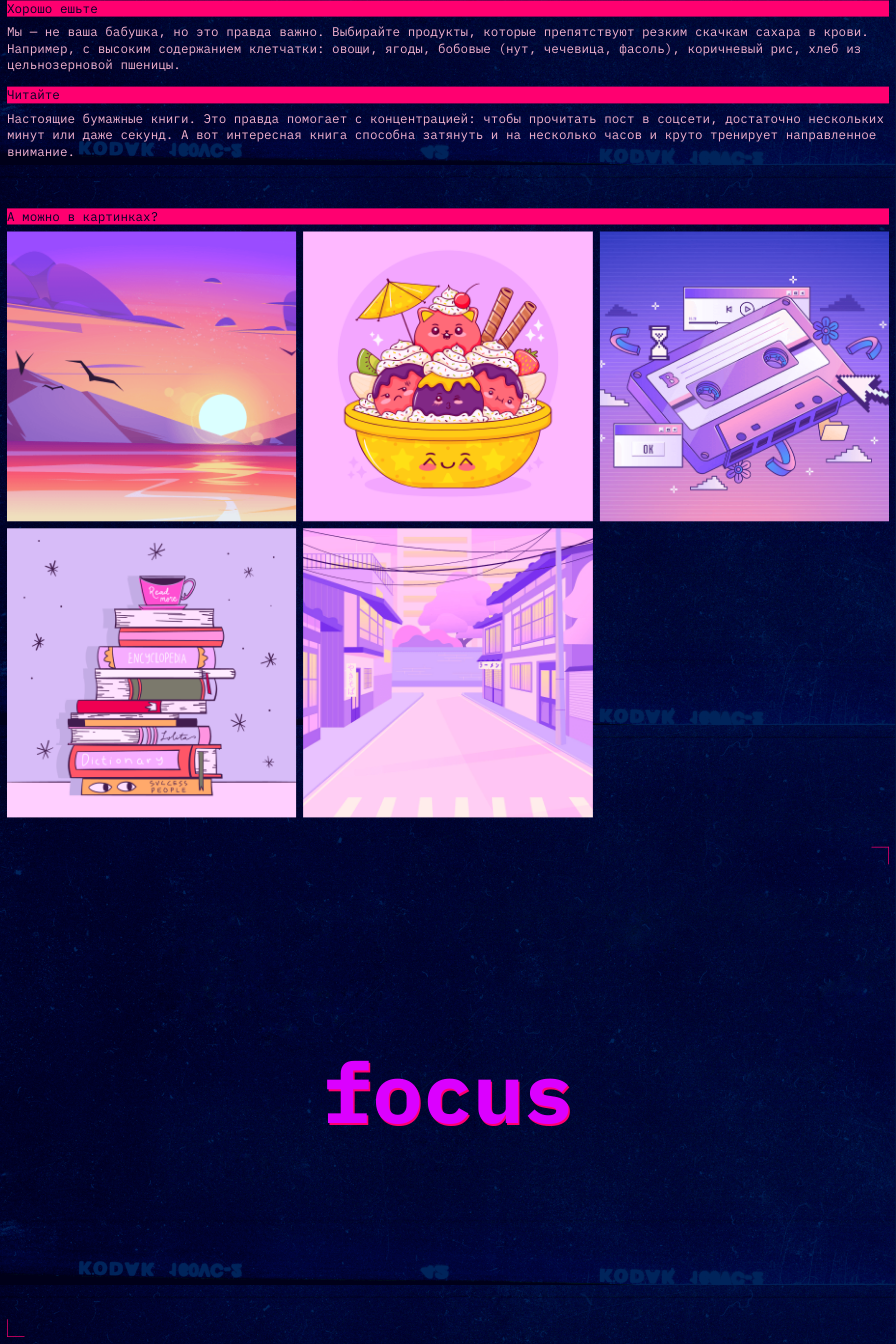
Repository: NikWolf75/slozhno-sosredotochitsya-fd
Page: index.html
These files come from the project's save history. The page is drawn as it stood at one moment and after the next save; the edit follows.
The browser window is 1280 px wide. The pictures show the part of the page from y = 2164 to 4084 px (the page is 4084 px tall before and 4052 px after), at 70% of full size.
Backgrounds fixed to the window are drawn as part of the page.

Above is the page before, as saved 2025-02-27 12:14:10.

### index.html
<!DOCTYPE html>
<html lang="ru">
  <head>
    <meta charset="UTF-8" />
    <meta http-equiv="X-UA-Compatible" content="IE=edge" />
    <meta name="viewport" content="width=device-width, initial-scale=1.0" />
    <meta name="color-scheme" content="dark light" />
    <link rel="stylesheet" href="/fonts/fonts.css" />
    <link rel="stylesheet" href="/styles/globals.css" />
    <link rel="stylesheet" href="/styles/variables.css" />
    <link rel="stylesheet" href="/styles/style.css" />
    <link rel="stylesheet" href="/styles/dark.css" />
    <link rel="stylesheet" href="/styles/light.css" />
    <link rel="icon" href="image/favicon.ico" />
    <title>Сложно сосредоточиться</title>
    <script src="./scripts/script.js"></script>
  </head>
  <body class="page">
    <div class="rec_element" aria-hidden="true"></div>
    <header class="header decorated-zone">
      <nav class="header__theme-menu">
        <ul class="header__theme-menu-list">
          <li class="header__theme-menu-item">
            <button
              class="header__theme-menu-button header__theme-menu-button_type_light"
            >
              День
            </button>
          </li>
          <li class="header__theme-menu-item">
            <button
              class="header__theme-menu-button header__theme-menu-button_active header__theme-menu-button_type_auto"
              disabled
            >
              Авто
            </button>
          </li>
          <li class="header__theme-menu-item">
            <button
              class="header__theme-menu-button header__theme-menu-button_type_dark"
            >
              Неон
            </button>
          </li>
        </ul>
      </nav>
      <h1 class="header__title">no focus</h1>
      <div class="header__undertitle title-decor">
        <p>Что делать, когда не можешь делать ничего</p>
        <p>
          Или почему нам так сложно сконцентрироваться, особенно когда очень
          надо
        </p>
      </div>
    </header>
    <main class="content">
      <section class="content__section content__why">
        <h2 class="content__section-title"> Почему сосредоточиться так сложно
        </h2>
        <article class="content__section-text_block">
          <h3 class="content__section-text_block-undertitle title-decor">
            Многозадачность
          </h3>
          <p class="content__section-text_block-text">
            Особенно сложно сосредоточиться, когда задач много и все они —
            важные. Где же легендарная многозадачность, когда она так нужна вам
            (и всем нанимающим менеджерам этого мира)? А дело в том, что её
            просто не существует. Исследователи
            <a class="link-text" href="#0">выяснили</a>,
            что мозгу тяжело концентрироваться даже на двух делах одновременно.
            А когда в поле внимания попадает несколько важных задач, организм
            паникует и выделяет кортизол и адреналин — «гормоны стресса».
            Из-за этого мы работаем невнимательно: ошибаемся и быстро устаём.
          </p>
        </article>
        <article class="content__section-text_block">
          <h3 class="content__section-text_block-undertitle title-decor">
            Дофамин
          </h3>
          <p class="content__section-text_block-text">
            С гормонами стресса всё понятно, но дальше — ещё интереснее. В нашей
            невозможности сосредоточиться замешана и полная противоположность
            стрессу — дофамин. Это вещество участвует в системе вознаграждения
            мозга. Причём тут он? Мы часто отвлекаемся от важной задачи на
            что-то более «приятное» для мозгов. Например, смотрим лайки в
            соцсетях. В это время и выделяется дофамин — и мы чувствуем
            удовольствие. Получается замкнутый круг: чем больше отвлекаешься,
            тем больше удовольствия получаешь.
          </p>
        </article>
      </section>
      <section class="content__section content__what">
        <h2 class="content__section-title">
          Что снижает концентрацию внимания?
        </h2>
        <article class="content__section-text_block">
          <h3 class="content__section-text_block-undertitle title-decor">
            Многозадачность
          </h3>
          <p class="content__section-item-text">
            Как концентрация может снижаться из-за… концентрации? Любая
            стрессовая ситуация (и резко меняющийся мир в целом) заставляет наш
            мозг постоянно «сканировать» окружающую среду на предмет опасности.
            Например, читать новости вместо работы. Но быть собранными всё время
            — невозможно. Концентрация — мышца, и она может не выдержать, если
            не давать ей отдохнуть.
          </p>
        </article>
        <article class="content__section-text_block">
          <h3 class="content__section-text_block-undertitle title-decor">
            Еда
          </h3>
          <p class="content__section-text_block-text">
            «Быстрые углеводы» — сахар, белый хлеб, сладости — молниеносно
            доставляют в мозг энергию и помогают ему лучше работать. Но уходит
            эта энергия также быстро, как и приходит. А мы в результате попадаем
            на «углеводные качели»: как только действие «быстрых углеводов»
            заканчивается, мы чувствуем усталость и сонливость. И хотим ещё
            больше быстрых углеводов.
          </p>
        </article>
        <article class="content__section-text_block">
          <h3 class="content__section-text_block-undertitle title-decor">
            Гаджеты
          </h3>
          <p class="content__section-text_block-text">
            Да-да, это та самая ситуация, когда на экране ноутбука — код, в
            наушниках — подкаст, а на компьютере фоном — ещё и видео с забавными
            утятами. В результате мозг пытается переключиться с одной задачи на
            другую — и просто не может. А чтобы вернуться к состоянию полной
            концентрации, человеку в среднем нужно 20 минут. Вот и получается,
            что чем больше времени мы проводим в гаджетах, тем больше времени
            затем нужно, чтобы вернуться к работе.
          </p>
        </article>
      </section>
      <section class="content__section content_how">
        <h2 class="content__section-title">
          Как концентрироваться лучше, чем золотая рыбка (то есть дольше трёх
          секунд)
        </h2>
        <article class="content__section-text_block">
          <h3
            class="content__section-text_block-undertitle tips-undertitle title-decor"
          >
            5 простых (на самом деле не очень) советов
          </h3>
          <h4 class="content__section-text_block-undertitle title-decor">
            Представьте небо и облака
          </h4>
          <p class="content__section-text_block-text">
            Или листья в ручье. Тут дело в лёгкой медитации, которая помогает
            успокоиться. Ведь часто именно тревожные мысли о сложных задачах как
            раз и мешают эти сложные задачи делать. В такие моменты можно
            закрыть глаза и представить, что чистое небо — это вы, а облака —
            тревожные мысли. И сколько бы их ни было — ясное небо всегда будет
            где-то там, за тучами, и никуда не денется. Это упражнение поможет
            вернуться в настоящий момент, а не волноваться о потенциальных
            проблемах из будущего.
          </p>
        </article>
        <article class="content__section-text_block">
          <h4 class="content__section-text_block-undertitle title-decor">
            Включите музыку
          </h4>
          <p class="content__section-text_block-text">
            Но не любую, и не любимую. Любимая может быть связана с сильными
            положительными эмоциями, которые тоже очень сильно отвлекают.
            Подойдёт тихая, спокойная, умеренно-ритмичная. Можно вообще
            попробовать включить плейлист с «белым шумом» или нейромузыкой.
          </p>
        </article>
        <article class="content__section-text_block">
          <h4 class="content__section-text_block-undertitle title-decor">
            Прогуляйтесь
          </h4>
          <p class="content__section-text_block-text">
            Или даже пробегитесь. Лучше найти парк или лес: один эксперимент
            <a class="link-text" href="#0">показал</a>, что созерцание природы повышает концентрацию, в то время
            как после просмотра городских пейзажей она наоборот понижается.
            Можно совместить прогулку с физическими упражнениями или бегом — так
            в мозг поступит ещё больше кислорода и он будет лучше работать. Но и
            простая двадцатиминутная прогулка — тоже отличный вариант.
          </p>
        </article>
        <article class="content__section-text_block">
          <h4 class="content__section-text_block-undertitle title-decor">
            Хорошо ешьте
          </h4>
          <p class="content__section-text_block-text">
            Мы — не ваша бабушка, но это правда важно. Выбирайте продукты,
            которые препятствуют резким скачкам сахара в крови. Например, с
            высоким содержанием клетчатки: овощи, ягоды, бобовые (нут, чечевица,
            фасоль), коричневый рис, хлеб из цельнозерновой пшеницы.
          </p>
        </article>
        <article class="content__section-text_block">
          <h4 class="content__section-text_block-undertitle title-decor">
            Читайте
          </h4>
          <p class="content__section-text_block-text">
            Настоящие бумажные книги. Это правда помогает с концентрацией: чтобы
            прочитать пост в соцсети, достаточно нескольких минут или даже
            секунд. А вот интересная книга способна затянуть и на несколько
            часов и круто тренирует направленное внимание.
          </p>
        </article>
      </section>
      <section class="content__section content__gallery">
        <h2 class="content__section-text_block-undertitle title-decor">
          А можно в картинках?
        </h2>
        <div class="content__section-images_gallery">
          <img
            class="content__section-image"
            src="./images/sunset.png"
            alt="Вид острова на закате"
            loading="lazy"
          />
          <img
            class="content__section-image"
            src="./images/ice-cream.png"
            alt="Чаша с мороженным"
            loading="lazy"
          />
          <img
            class="content__section-image"
            src="./images/tape.png"
            alt="Кассета"
            loading="lazy"
          />
          <img
            class="content__section-image"
            src="./images/books.png"
            alt="Стопка книг"
            loading="lazy"
          />
          <img
            class="content__section-image"
            src="./images/street.png"
            alt="Улица"
            loading="lazy"
          />
        </div>
      </section>
    </main>
    <footer class="footer decorated-zone">
      <h2 class="footer__title">focus</h2>
    </footer>
  </body>
</html>

### styles/variables.css
:root {
  --title-color: #ff0070;
  --main-font: 'IBM Plex mono';
  --main-font-size: 18px;
  --title-font-weight: 700;
  --text-font-weight: 400;
  --main-padding-small: 10px;
}

### styles/style.css
.page {
  font-family: var(--main-font, 'IBM Plex mono');
  font-size: var(--main-font-size, 18px);
  block-size: min-content;
  position: relative;
  font-weight: 400;
  background-color: var(--main-background-color, #000028 );
  background-image: var(--main-background-image, url("../images/cover-image-dark.png"));
  background-repeat: no-repeat;
  background-attachment: fixed;
  background-position: center;
  background-size: cover;
  line-height: 1.3em;
  color: var(--main-font-color, #F1B2CE);
 }

.decorated-zone {
  position: relative;
}

.decorated-zone::after,
.decorated-zone::before {
  position: absolute;
  inline-size: 25px;
  block-size: 25px;
  content: "";
  border: 1px solid var(--corner-color);
}

.decorated-zone::after {
  bottom: 10px;
  left: 10px;
  border-bottom: 1px solid var(--rectangle-color, #ff0070);
  border-left: 1px solid var(--rectangle-color, #ff0070);
}

.decorated-zone::before {
  top: 10px;
  right: 10px;
  border-top: 1px solid var(--rectangle-color, #ff0070);
  border-right: 1px solid var(--rectangle-color, #ff0070);
}

.rec_element {
  position: absolute;
  display: flex;
  align-items: center;
  justify-content: center;
  top: 10px;
  right: 20px;
  color: var(--rec-theme-color, #ff0070);
  gap: 10px;
}

.rec_element:before {
  content: "REC";
}

.rec_element:after {
  display: block;
  content: "";
  border-radius: 50%;
  background: var(--accent-color, #ff0070);
  width: 10px;
  height: 10px;
  box-shadow: 0 0 4px 2px var(--accent-color, #ff0070)
}

.header {
  display: grid;
  grid-template-columns: 1fr;
  grid-template-rows: 1fr min-content 1fr;
  align-items: center;
  position: relative;
  block-size: min(668px, 100vh);
  padding: var(--main-padding-small, 10px);
  margin-block-end: 40px;
 }

.header__theme-menu-list {
  display: flex;
  flex-direction: column;
  align-items: end;
  block-size: 100%;
  row-gap: 10px;
}

.header__theme-menu-button {
  text-align: center;
  background: transparent;
  color: var(--button-text-color);
  border: none;
  text-transform: lowercase;
  padding-right: 13px;
  padding-left: 13px;
}

.header__theme-menu-bitton:hover {
  outline: 1px solid var(--button-outline-color)
}

.header__theme-menu-button_active {
  outline: 1px solid var(--button-theme-color, #ff0070);
}

.header__theme-menu-button:focus {
  outline: none;
  text-decoration: underline;
}

.header__title {
  font-size: clamp(7.25rem, 7.0115rem + 1.0178vw, 7.5rem);
  line-height: 83%;
  color: var(--accent-color-title, #db00ff);
  text-shadow: 4px 4px 0 var(--accent-color, #ff0070);
  cursor: default;
}

.header__undertitle {
  font-size: var(--main-font), monospace;
  font-weight: var(--title-font-weight, 700);
  border-bottom: none;
  border-left: none;
}

.title-decor {
  color: var(--undertitle-color, #000028);
  background-color: var(--title-color, #ff0070);
}

.content {
  display: grid;
  padding: 0 var(--main-padding-small, 10px);
  grid-template-columns: 1fr;
  gap: 50px;
}

.content__section {
  display: grid;
  grid-template-columns: 1fr;
  row-gap: 20px;
}

.content__section-title {
  justify-self: start;
  color: var(--title-color, #ff0070);
}

.content__section-text_block-undertitle,
.content__section-title {
  font-size: var(--main-font-size, 18px);
  font-weight: var(--title-font-weight, 700);
}

.content__section-text_block-undertitle {
  margin-block-end: 10px;
  height: min-content;
}

.content__section-text_block-text {
  font-weight: var(--text-font-weight, 400);
}

.link-text {
  text-decoration: none;
  text-shadow: 2px 1px var(--accent-color, #ff0070);
}

.link-text:hover {
  cursor: pointer;
  border-block-end: 1px solid currentColor;
}

.link-text:focus-visible {
  border: 1px solid currentColor;
}

.content_how,
.tips-undertitle {
  font-weight: var(--title-font-weight, 400);
  margin-block-end: 20px;
}

.content__how,
.content__section-text_block-undertitle {
  font-weight: 400;
}

.content__gallery {
  gap: 0;
}

.content__section-images_gallery {
  display: grid;
  grid-template-columns: repeat(auto-fill, minmax(355px, 1fr));
  gap: 10px;
  inline-size: 100%;
}

.content__section-image {
  inline-size: 100%;
  object-fit: cover;
  block-size: 100%;
}

.footer {
  position: relative;
  display: grid;
  block-size: 100vh;
  min-block-size: 668px;
  grid-template-columns: 1fr;
  margin-block-start: 32px;
}

.footer__title {
  font-size: var(--title-font-size-small, clamp(7.25rem, 7.0115rem + 1.0178vw, 7.5rem));
  font-weight: var(--title-font-weight, 700);
  line-height: 95.7%;
  align-self: center;
  cursor: default;
  color: var(--accent-color-title, #db00ff);
  text-shadow: 2px 2px 0 var(--accent-color, #ff0070);
  justify-self: center;

}

### scripts/script.js
(function initTheme() {
  const theme = localStorage.getItem('theme');
  if (theme) {
    setTheme(theme);
  }
})();

document.addEventListener('DOMContentLoaded', () => {
  const currentTheme = [...document.documentElement.classList]
    .find((cn) => cn.startsWith('theme-'))
    ?.replace('theme-', '');
  const themeButtons = [
    ...document.querySelectorAll('.header__theme-menu-button'),
  ];
  setActiveButton(themeButtons, currentTheme);

  themeButtons.forEach((button) => {
    button.addEventListener('click', () => {
      const chosenTheme = [...button.classList]
        .find((cn) => cn.includes('_type_'))
        .split('_type_')[1];
      setTheme(chosenTheme);
      setActiveButton(themeButtons, chosenTheme);
    });
  });
});

function setTheme(theme) {
  document.documentElement.className = '';
  document.documentElement.classList.add(`theme-${theme}`);
  localStorage.setItem('theme', theme);
}

function setActiveButton(buttonsArray, theme) {
  buttonsArray.forEach((button) => {
    button.classList.remove('header__theme-menu-button_active');
    button.removeAttribute('disabled');
  });
  const target = buttonsArray.find((button) =>
    button.classList.contains(`header__theme-menu-button_type_${theme}`)
  );
  if (target) {
    target.classList.add('header__theme-menu-button_active');
    target.setAttribute('disabled', true);
  } else {
    const autoButton = document.querySelector(
      '.header__theme-menu-button_type_auto'
    );
    autoButton.classList.add('header__theme-menu-button_active');
    autoButton.setAttribute('disabled', true);
  }
}

Loaded but not shown: fonts/fonts.css (common file); styles/globals.css (common file); styles/dark.css (common file); styles/light.css (common file)

After the next save:
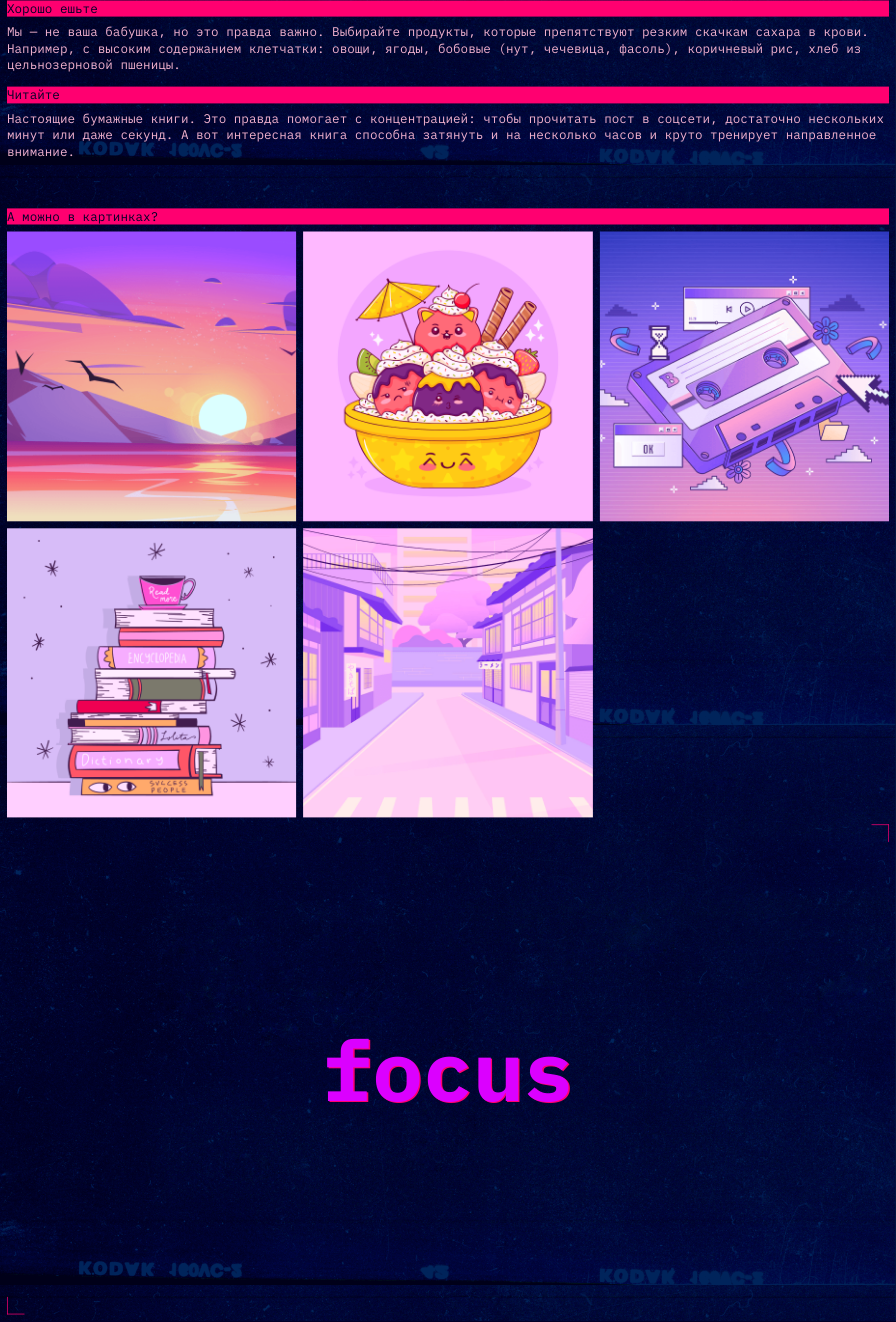
Saved 22 s later.
--- a/styles/style.css
+++ b/styles/style.css
@@ -209,7 +209,6 @@
   block-size: 100vh;
   min-block-size: 668px;
   grid-template-columns: 1fr;
-  margin-block-start: 32px;
 }
 
 .footer__title {
